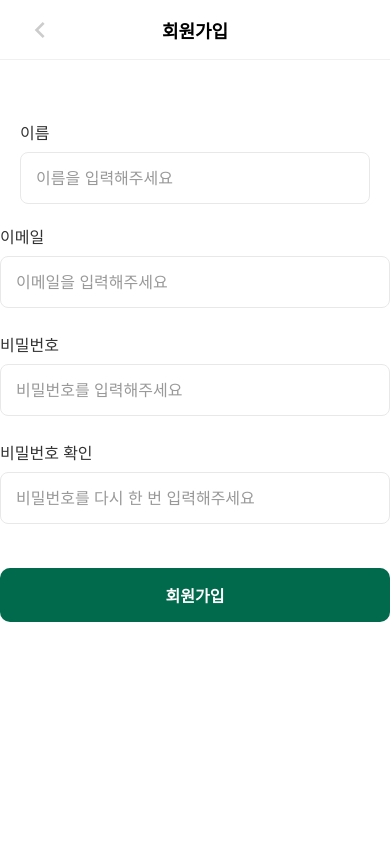
Repository: Sesac-icare/FrontEndiCare
Screen: /SignUp (app in iCare/)
The author's editor kept a copy of each file at every save. The screen is drawn from the files as they stood at one save, then again after the next save.
The app was drawn by React Native's web renderer in a window 390 px wide. The project was rebuilt for these pictures with package versions that can differ from the ones it lists, and the page was loaded fresh each time. Some packages were replaced by stand-ins written for this rebuild. Also part of the build but not shown: iCare/components/Header.js, iCare/components/Contents.js, iCare/components/HospitalList.js, iCare/components/PharmacyList.js, iCare/components/MyPage.js.

Above is the screen before, as saved 2025-02-06 10:07:06.

### iCare/index.js
import { registerRootComponent } from "expo";

import App from "./App";

// registerRootComponent calls AppRegistry.registerComponent('main', () => App);
// It also ensures that whether you load the app in Expo Go or in a native build,
// the environment is set up appropriately
registerRootComponent(App);

// import { AppRegistry } from "react-native";
// import App from "./src/App";
// import { iCare } from "./app.json";

// import appConfig from "./app.json";

// const appName = appConfig.expo.name;

// AppRegistry.registerComponent(appName, () => App);

### iCare/App.js
import React, { useState, useEffect } from "react";
import { NavigationContainer } from "@react-navigation/native";
import { createNativeStackNavigator } from "@react-navigation/native-stack";
import { createBottomTabNavigator } from "@react-navigation/bottom-tabs";
import { View, StyleSheet, SafeAreaView, Text } from "react-native";
import { MaterialIcons } from "@expo/vector-icons";
import Header from "./components/Header";
import Contents from "./components/Contents";
import Splash from "./components/Splash";
import HospitalList from "./components/HospitalList";
import PharmacyList from "./components/PharmacyList";
import MyPage from "./components/MyPage";
import Login from "./components/auth/Login";
import SignUp from "./components/auth/SignUp";

const Stack = createNativeStackNavigator();
const Tab = createBottomTabNavigator();

// 임시 채팅, 마이페이지 컴포넌트
const ChatScreen = () => (
  <SafeAreaView style={styles.safe}>
    <View style={styles.container}>
      <Header />
      <View style={styles.center}>
        <Text>채팅 화면</Text>
      </View>
    </View>
  </SafeAreaView>
);

const HomeScreen = () => {
  return (
    <SafeAreaView style={styles.safe}>
      <View style={styles.container}>
        <Header />
        <Contents />
      </View>
    </SafeAreaView>
  );
};

// 탭 네비게이터
function TabNavigator() {
  return (
    <Tab.Navigator
      screenOptions={{
        headerShown: false,
        tabBarStyle: {
          height: 60,
          borderTopWidth: 1,
          borderTopColor: "#f0f0f0",
          paddingBottom: 20,
          paddingTop: 10,
          height: 80
        },
        tabBarActiveTintColor: "#016a4c",
        tabBarInactiveTintColor: "#CCCCCC",
        tabBarLabelStyle: {
          paddingBottom: 8,
          fontSize: 12,
          fontWeight: "500",
          marginTop: -4
        },
        tabBarIconStyle: {
          marginTop: -4
        }
      }}
    >
      <Tab.Screen
        name="홈"
        component={HomeScreen}
        options={{
          tabBarIcon: ({ color }) => (
            <MaterialIcons name="home" size={28} color={color} />
          )
        }}
      />
      <Tab.Screen
        name="채팅"
        component={ChatScreen}
        options={{
          tabBarIcon: ({ color }) => (
            <MaterialIcons name="forum" size={28} color={color} />
          )
        }}
      />
      <Tab.Screen
        name="마이페이지"
        component={MyPage}
        options={{
          tabBarIcon: ({ color }) => (
            <MaterialIcons name="person" size={28} color={color} />
          )
        }}
      />
    </Tab.Navigator>
  );
}

const App = () => {
  const [isLoading, setIsLoading] = useState(true);

  useEffect(() => {
    // 3초 후에 스플래시 화면 숨기기
    const timer = setTimeout(() => {
      setIsLoading(false);
    }, 3000);

    return () => clearTimeout(timer);
  }, []);

  if (isLoading) {
    return <Splash />;
  }

  return (
    <NavigationContainer>
      <Stack.Navigator screenOptions={{ headerShown: false }}>
        <Stack.Screen name="Login" component={Login} />
        <Stack.Screen name="SignUp" component={SignUp} />
        <Stack.Screen name="MainTabs" component={TabNavigator} />
        <Stack.Screen name="HospitalList" component={HospitalList} />
        <Stack.Screen name="PharmacyList" component={PharmacyList} />
      </Stack.Navigator>
    </NavigationContainer>
  );
};

const styles = StyleSheet.create({
  safe: {
    flex: 1,
    backgroundColor: "#ffffff"
  },
  container: {
    flex: 1,
    backgroundColor: "#ffffff"
  },
  center: {
    flex: 1,
    justifyContent: "center",
    alignItems: "center"
  },
  button: {
    backgroundColor: "#f0f0f0",
    padding: 14,
    borderRadius: 9,
    marginBottom: 9,
    alignItems: "center"
  },
  buttonText: {
    fontSize: 18,
    color: "green",
    fontFamily: "NotoSansKR"
  }
});

export default App;

### iCare/components/Splash.js
import React from "react";
import { View, Text, StyleSheet, Image, Dimensions } from "react-native";

const { height } = Dimensions.get("window");

export default function Splash() {
  return (
    <View style={styles.container}>
      <View style={styles.logoContainer}>
        <Image
          source={require("../assets/iCareLogo.jpg")}
          style={styles.logo}
          resizeMode="contain"
        />
      </View>
      <View style={styles.footer}>
        <Text style={styles.title}>iCare</Text>
        <Text style={styles.subtitle}>
          아이를 위한 24시간 병원 및 약국 찾기
        </Text>
      </View>
    </View>
  );
}

const styles = StyleSheet.create({
  container: {
    flex: 1,
    backgroundColor: "#016a4c",
    justifyContent: "center"
  },
  logoContainer: {
    position: "absolute",
    top: "40%",
    left: 0,
    right: 0,
    alignItems: "center"
  },
  logo: {
    width: 200,
    height: 200
  },
  footer: {
    position: "absolute",
    bottom: 80,
    left: 0,
    right: 0,
    alignItems: "center"
  },
  title: {
    fontSize: 36,
    color: "#12b67a",
    marginBottom: 8,
    fontFamily: "NotoSansKR",
    fontWeight: "bold"
  },
  subtitle: {
    fontSize: 18,
    color: "white",
    opacity: 0.8,
    fontFamily: "NotoSansKR",
    fontWeight: "400"
  }
});

### iCare/components/auth/Login.js
import React from "react";
import {
  View,
  Text,
  StyleSheet,
  TouchableOpacity,
  SafeAreaView,
  Image,
  TextInput
} from "react-native";
import { MaterialIcons } from "@expo/vector-icons";
import { useNavigation } from "@react-navigation/native";

export default function Login() {
  const navigation = useNavigation();

  return (
    <SafeAreaView style={styles.safe}>
      <View style={styles.container}>
        <View style={styles.header}>
          <Image
            source={require("../../assets/HeaderGreenLogo.png")}
            style={styles.logo}
            resizeMode="contain"
          />
        </View>

        <View style={styles.content}>
          <View style={styles.inputSection}>
            <Text style={styles.label}>이메일</Text>
            <TextInput
              style={styles.input}
              placeholder="이메일을 입력해주세요"
              placeholderTextColor="#999"
            />
          </View>

          <View style={styles.inputSection}>
            <Text style={styles.label}>비밀번호</Text>
            <TextInput
              style={styles.input}
              placeholder="비밀번호를 입력해주세요"
              placeholderTextColor="#999"
              secureTextEntry
            />
          </View>

          <View style={styles.buttonContainer}>
            <TouchableOpacity
              style={styles.button}
              onPress={() => navigation.navigate("SignUp")}
            >
              <Text style={styles.buttonText}>회원가입</Text>
            </TouchableOpacity>

            <TouchableOpacity
              style={[styles.button, styles.loginButton]}
              onPress={() => navigation.navigate("MainTabs")}
            >
              <Text style={[styles.buttonText, styles.loginText]}>로그인</Text>
            </TouchableOpacity>
          </View>
        </View>
      </View>
    </SafeAreaView>
  );
}

const styles = StyleSheet.create({
  safe: {
    flex: 1,
    backgroundColor: "#fff"
  },
  container: {
    flex: 1,
    backgroundColor: "#fff"
  },
  header: {
    height: 60,
    flexDirection: "row",
    alignItems: "center",
    justifyContent: "center",
    borderBottomWidth: 1,
    borderBottomColor: "#f0f0f0",
    backgroundColor: "#fff"
  },
  logo: {
    width: 48,
    height: 48
  },
  content: {
    flex: 1,
    padding: 20,
    justifyContent: "center"
  },
  inputSection: {
    marginBottom: 20
  },
  label: {
    fontSize: 14,
    color: "#016A4C",
    marginBottom: 8,
    fontWeight: "600"
  },
  input: {
    borderWidth: 1,
    borderColor: "#E8E8E8",
    borderRadius: 8,
    padding: 12,
    fontSize: 14,
    color: "#222222"
  },
  buttonContainer: {
    marginTop: 30
  },
  button: {
    backgroundColor: "#fff",
    paddingVertical: 15,
    borderRadius: 10,
    marginBottom: 15,
    alignItems: "center",
    borderWidth: 1,
    borderColor: "#016A4C"
  },
  loginButton: {
    backgroundColor: "#016A4C",
  },
  buttonText: {
    fontSize: 16,
    color: "#016A4C",
    fontWeight: "600"
  },
  loginText: {
    color: "#fff"
  }
});

### iCare/components/auth/SignUp.js
import React from "react";
import {
  View,
  Text,
  StyleSheet,
  TouchableOpacity,
  SafeAreaView,
  Image,
  TextInput,
  ScrollView
} from "react-native";
import { MaterialIcons } from "@expo/vector-icons";
import { useNavigation } from "@react-navigation/native";

export default function SignUp() {
  const navigation = useNavigation();

  return (
    <SafeAreaView style={styles.safe}>
      <View style={styles.container}>
        <View style={styles.header}>
          <TouchableOpacity
            style={styles.backButton}
            onPress={() => navigation.goBack()}
          >
            <MaterialIcons name="chevron-left" size={32} color="#CCCCCC" />
          </TouchableOpacity>
          <Text style={styles.headerTitle}>회원가입</Text>
        </View>

        <ScrollView style={styles.content}>
          <View style={styles.formContainer}>
            <Text style={styles.label}>이름</Text>
            <TextInput
              style={styles.input}
              placeholder="이름을 입력해주세요"
              placeholderTextColor="#999"
            />
          </View>

          <View style={styles.inputSection}>
            <Text style={styles.label}>이메일</Text>
            <TextInput
              style={styles.input}
              placeholder="이메일을 입력해주세요"
              placeholderTextColor="#999"
            />
          </View>

          <View style={styles.inputSection}>
            <Text style={styles.label}>비밀번호</Text>
            <TextInput
              style={styles.input}
              placeholder="비밀번호를 입력해주세요"
              placeholderTextColor="#999"
              secureTextEntry
            />
          </View>

          <View style={styles.inputSection}>
            <Text style={styles.label}>비밀번호 확인</Text>
            <TextInput
              style={styles.input}
              placeholder="비밀번호를 다시 한 번 입력해주세요"
              placeholderTextColor="#999"
              secureTextEntry
            />
          </View>

          <TouchableOpacity
            style={styles.signUpButton}
            onPress={() => navigation.navigate("MainTabs")}
          >
            <Text style={styles.signUpButtonText}>회원가입</Text>
          </TouchableOpacity>
        </ScrollView>
      </View>
    </SafeAreaView>
  );
}

const styles = StyleSheet.create({
  safe: {
    flex: 1,
    backgroundColor: "#fff"
  },
  container: {
    flex: 1,
    backgroundColor: "#fff"
  },
  header: {
    height: 60,
    flexDirection: "row",
    alignItems: "center",
    borderBottomWidth: 1,
    borderBottomColor: "#f0f0f0",
    backgroundColor: "#fff",
    position: "relative"
  },
  headerTitle: {
    fontSize: 18,
    fontWeight: "bold",
    textAlign: "center",
    flex: 1
  },
  backButton: {
    position: "absolute",
    left: 20,
    padding: 4
  },
  logo: {
    width: 48,
    height: 48
  },
  content: {
    flex: 1
  },
  formContainer: {
    padding: 20,
    marginTop: 40
  },
  inputSection: {
    marginBottom: 24
  },
  label: {
    fontSize: 16,
    color: "#333333",
    marginBottom: 8,
    fontWeight: "500"
  },
  input: {
    borderWidth: 1,
    borderColor: "#E8E8E8",
    borderRadius: 8,
    padding: 15,
    fontSize: 16,
    color: "#222222",
    backgroundColor: "#fff"
  },
  signUpButton: {
    backgroundColor: "#016A4C",
    paddingVertical: 15,
    borderRadius: 10,
    marginTop: 20,
    marginBottom: 40,
    alignItems: "center"
  },
  signUpButtonText: {
    fontSize: 16,
    color: "#fff",
    fontWeight: "600"
  }
});

After the next save:
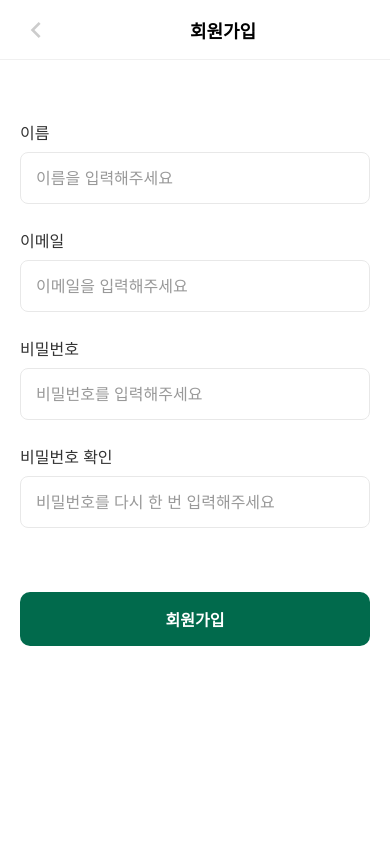
Saved 30 s later.
--- a/iCare/components/auth/SignUp.js
+++ b/iCare/components/auth/SignUp.js
@@ -29,42 +29,44 @@ export default function SignUp() {
         </View>
 
         <ScrollView style={styles.content}>
-          <View style={styles.formContainer}>
-            <Text style={styles.label}>이름</Text>
-            <TextInput
-              style={styles.input}
-              placeholder="이름을 입력해주세요"
-              placeholderTextColor="#999"
-            />
-          </View>
+          <View style={styles.inputWrapper}>
+            <View style={styles.inputSection}>
+              <Text style={styles.label}>이름</Text>
+              <TextInput
+                style={styles.input}
+                placeholder="이름을 입력해주세요"
+                placeholderTextColor="#999"
+              />
+            </View>
 
-          <View style={styles.inputSection}>
-            <Text style={styles.label}>이메일</Text>
-            <TextInput
-              style={styles.input}
-              placeholder="이메일을 입력해주세요"
-              placeholderTextColor="#999"
-            />
-          </View>
+            <View style={styles.inputSection}>
+              <Text style={styles.label}>이메일</Text>
+              <TextInput
+                style={styles.input}
+                placeholder="이메일을 입력해주세요"
+                placeholderTextColor="#999"
+              />
+            </View>
 
-          <View style={styles.inputSection}>
-            <Text style={styles.label}>비밀번호</Text>
-            <TextInput
-              style={styles.input}
-              placeholder="비밀번호를 입력해주세요"
-              placeholderTextColor="#999"
-              secureTextEntry
-            />
-          </View>
+            <View style={styles.inputSection}>
+              <Text style={styles.label}>비밀번호</Text>
+              <TextInput
+                style={styles.input}
+                placeholder="비밀번호를 입력해주세요"
+                placeholderTextColor="#999"
+                secureTextEntry
+              />
+            </View>
 
-          <View style={styles.inputSection}>
-            <Text style={styles.label}>비밀번호 확인</Text>
-            <TextInput
-              style={styles.input}
-              placeholder="비밀번호를 다시 한 번 입력해주세요"
-              placeholderTextColor="#999"
-              secureTextEntry
-            />
+            <View style={styles.inputSection}>
+              <Text style={styles.label}>비밀번호 확인</Text>
+              <TextInput
+                style={styles.input}
+                placeholder="비밀번호를 다시 한 번 입력해주세요"
+                placeholderTextColor="#999"
+                secureTextEntry
+              />
+            </View>
           </View>
 
           <TouchableOpacity
@@ -94,33 +96,27 @@ const styles = StyleSheet.create({
     alignItems: "center",
     borderBottomWidth: 1,
     borderBottomColor: "#f0f0f0",
-    backgroundColor: "#fff",
-    position: "relative"
+    backgroundColor: "#fff"
   },
   headerTitle: {
     fontSize: 18,
     fontWeight: "bold",
-    textAlign: "center",
-    flex: 1
+    flex: 1,
+    textAlign: "center"
   },
   backButton: {
-    position: "absolute",
-    left: 20,
-    padding: 4
-  },
-  logo: {
-    width: 48,
-    height: 48
+    padding: 4,
+    marginLeft: 16
   },
   content: {
     flex: 1
   },
-  formContainer: {
+  inputWrapper: {
     padding: 20,
-    marginTop: 40
+    marginTop: 40  // 상단 여백 추가
   },
   inputSection: {
-    marginBottom: 24
+    marginBottom: 24  // 입력 필드 사이 간격
   },
   label: {
     fontSize: 16,
@@ -141,6 +137,7 @@ const styles = StyleSheet.create({
     backgroundColor: "#016A4C",
     paddingVertical: 15,
     borderRadius: 10,
+    marginHorizontal: 20,
     marginTop: 20,
     marginBottom: 40,
     alignItems: "center"
